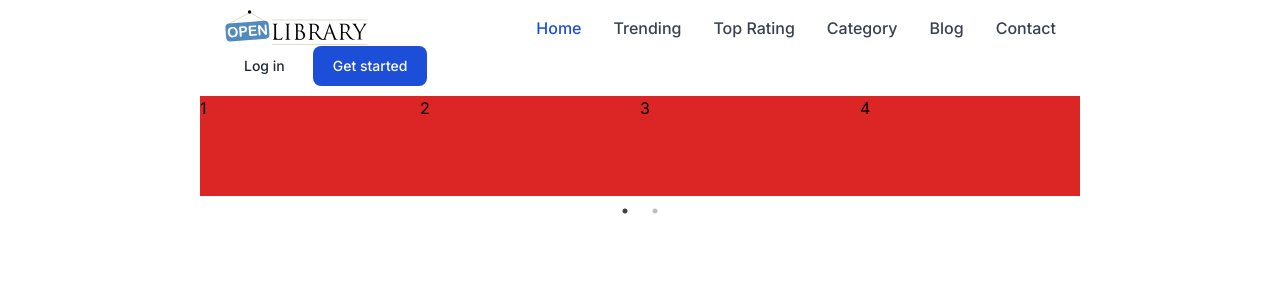
Repository: XuanKhanhHoang/Library-System-Frontend
Page: /
The author's editor kept a copy of each file at every save. The page is drawn from the files as they stood at one save, then again after the next save.
The browser window is 1280 px wide. The pictures show the whole page.
The project was rebuilt for these pictures with package versions that can differ from the ones it lists, and the page was loaded fresh each time. The framework's server and built-in components were replaced by stand-ins that run in the browser. Also part of the build but not shown: next.config.mjs.

Above is the page before, as saved 2024-09-22 00:48:40.

### src/app/layout.tsx
import type { Metadata } from "next";
import { Inter } from "next/font/google";
import "./globals.css";
import "slick-carousel/slick/slick.css";
import "slick-carousel/slick/slick-theme.css";

const inter = Inter({ subsets: ["latin"] });

export const metadata: Metadata = {
  title: "Create Next App",
  description: "Generated by create next app",
};

export default function RootLayout({
  children,
}: Readonly<{
  children: React.ReactNode;
}>) {
  return (
    <html lang="en">
      <body className={inter.className}>
        <div className="mx-[200px]">
          <header>
            <nav className="bg-white border-gray-200 px-4 lg:px-6 py-2.5 dark:bg-gray-800">
              <div className="flex flex-wrap items-center justify-between max-w-screen-xl mx-auto">
                <img
                  src="./openlibrary-logo-tighter.svg"
                  className="h-6 mr-3 sm:h-9"
                  alt="Flowbite Logo"
                />
                <div className="flex items-center lg:order-2">
                  <a
                    href="#"
                    className="text-gray-800 dark:text-white hover:bg-gray-50 focus:ring-4 focus:ring-gray-300 font-medium rounded-lg text-sm px-4 lg:px-5 py-2 lg:py-2.5 mr-2 dark:hover:bg-gray-700 focus:outline-none dark:focus:ring-gray-800"
                  >
                    Log in
                  </a>
                  <a
                    href="#"
                    className="text-white bg-primary-700 hover:bg-primary-800 focus:ring-4 focus:ring-primary-300 font-medium rounded-lg text-sm px-4 lg:px-5 py-2 lg:py-2.5 mr-2 dark:bg-primary-600 dark:hover:bg-primary-700 focus:outline-none dark:focus:ring-primary-800"
                  >
                    Get started
                  </a>
                  <button
                    data-collapse-toggle="mobile-menu-2"
                    type="button"
                    className="inline-flex items-center p-2 ml-1 text-sm text-gray-500 rounded-lg lg:hidden hover:bg-gray-100 focus:outline-none focus:ring-2 focus:ring-gray-200 dark:text-gray-400 dark:hover:bg-gray-700 dark:focus:ring-gray-600"
                    aria-controls="mobile-menu-2"
                    aria-expanded="false"
                  >
                    <span className="sr-only">Open main menu</span>
                    <svg
                      className="w-6 h-6"
                      fill="currentColor"
                      viewBox="0 0 20 20"
                      xmlns="http://www.w3.org/2000/svg"
                    >
                      <path
                        fill-rule="evenodd"
                        d="M3 5a1 1 0 011-1h12a1 1 0 110 2H4a1 1 0 01-1-1zM3 10a1 1 0 011-1h12a1 1 0 110 2H4a1 1 0 01-1-1zM3 15a1 1 0 011-1h12a1 1 0 110 2H4a1 1 0 01-1-1z"
                        clip-rule="evenodd"
                      ></path>
                    </svg>
                    <svg
                      className="hidden w-6 h-6"
                      fill="currentColor"
                      viewBox="0 0 20 20"
                      xmlns="http://www.w3.org/2000/svg"
                    >
                      <path
                        fill-rule="evenodd"
                        d="M4.293 4.293a1 1 0 011.414 0L10 8.586l4.293-4.293a1 1 0 111.414 1.414L11.414 10l4.293 4.293a1 1 0 01-1.414 1.414L10 11.414l-4.293 4.293a1 1 0 01-1.414-1.414L8.586 10 4.293 5.707a1 1 0 010-1.414z"
                        clip-rule="evenodd"
                      ></path>
                    </svg>
                  </button>
                </div>
                <div
                  className="items-center justify-between hidden w-full lg:flex lg:w-auto lg:order-1"
                  id="mobile-menu-2"
                >
                  <ul className="flex flex-col mt-4 font-medium lg:flex-row lg:space-x-8 lg:mt-0">
                    <li>
                      <a
                        href="#"
                        className="block py-2 pl-3 pr-4 text-white rounded bg-primary-700 lg:bg-transparent lg:text-primary-700 lg:p-0 dark:text-white"
                        aria-current="page"
                      >
                        Home
                      </a>
                    </li>
                    <li>
                      <a
                        href="#"
                        className="block py-2 pl-3 pr-4 text-gray-700 border-b border-gray-100 hover:bg-gray-50 lg:hover:bg-transparent lg:border-0 lg:hover:text-primary-700 lg:p-0 dark:text-gray-400 lg:dark:hover:text-white dark:hover:bg-gray-700 dark:hover:text-white lg:dark:hover:bg-transparent dark:border-gray-700"
                      >
                        Trending
                      </a>
                    </li>
                    <li>
                      <a
                        href="#"
                        className="block py-2 pl-3 pr-4 text-gray-700 border-b border-gray-100 hover:bg-gray-50 lg:hover:bg-transparent lg:border-0 lg:hover:text-primary-700 lg:p-0 dark:text-gray-400 lg:dark:hover:text-white dark:hover:bg-gray-700 dark:hover:text-white lg:dark:hover:bg-transparent dark:border-gray-700"
                      >
                        Top Rating
                      </a>
                    </li>
                    <li>
                      <a
                        href="#"
                        className="block py-2 pl-3 pr-4 text-gray-700 border-b border-gray-100 hover:bg-gray-50 lg:hover:bg-transparent lg:border-0 lg:hover:text-primary-700 lg:p-0 dark:text-gray-400 lg:dark:hover:text-white dark:hover:bg-gray-700 dark:hover:text-white lg:dark:hover:bg-transparent dark:border-gray-700"
                      >
                        Category
                      </a>
                    </li>
                    <li>
                      <a
                        href="#"
                        className="block py-2 pl-3 pr-4 text-gray-700 border-b border-gray-100 hover:bg-gray-50 lg:hover:bg-transparent lg:border-0 lg:hover:text-primary-700 lg:p-0 dark:text-gray-400 lg:dark:hover:text-white dark:hover:bg-gray-700 dark:hover:text-white lg:dark:hover:bg-transparent dark:border-gray-700"
                      >
                        Blog
                      </a>
                    </li>
                    <li>
                      <a
                        href="#"
                        className="block py-2 pl-3 pr-4 text-gray-700 border-b border-gray-100 hover:bg-gray-50 lg:hover:bg-transparent lg:border-0 lg:hover:text-primary-700 lg:p-0 dark:text-gray-400 lg:dark:hover:text-white dark:hover:bg-gray-700 dark:hover:text-white lg:dark:hover:bg-transparent dark:border-gray-700"
                      >
                        Contact
                      </a>
                    </li>
                  </ul>
                </div>
              </div>
            </nav>
          </header>
          {children}
        </div>
      </body>
    </html>
  );
}

### src/app/page.tsx
"use client";
import React, { useRef, useState } from "react";
import Slider from "react-slick";
import "slick-carousel/slick/slick.css";
import "slick-carousel/slick/slick-theme.css";

export default function Home() {
  var settings = {
    dots: true,
    infinite: false,
    speed: 500,
    slidesToShow: 4,
    slidesToScroll: 4,
    initialSlide: 0,
    responsive: [
      {
        breakpoint: 1024,
        settings: {
          slidesToShow: 3,
          slidesToScroll: 3,
          infinite: true,
          dots: true,
        },
      },
      {
        breakpoint: 600,
        settings: {
          slidesToShow: 2,
          slidesToScroll: 2,
          initialSlide: 2,
        },
      },
      {
        breakpoint: 480,
        settings: {
          slidesToShow: 1,
          slidesToScroll: 1,
        },
      },
    ],
  };
  const object = [1, 2, 3, 4, 5, 6, 7, 8];
  return (
    <div className="slider-container">
      <Slider {...settings}>
        {object.map((i, index) => (
          <div className="w-[100px] h-[100px] bg-red-600" key={index}>
            <h1>{i}</h1>
          </div>
        ))}
      </Slider>
    </div>
  );
}

### src/app/globals.css
@tailwind base;
@tailwind components;
@tailwind utilities;

* {
  box-sizing: border-box;
  padding: 0;
  margin: 0;
}

.swiper {
  width: 100%;
  height: 100%;
}

.swiper-slide {
  text-align: center;
  font-size: 18px;
  background: #fff;

  /* Center slide text vertically */
  display: flex;
  justify-content: center;
  align-items: center;
}

.swiper-slide img {
  display: block;
  width: 100%;
  height: 100%;
  object-fit: cover;
}

### tailwind.config.js
/** @type {import('tailwindcss').Config} */
module.exports = {
  content: ["./src/**/*.{js,ts,jsx,tsx,mdx}"],
  theme: {
    extend: {
      colors: {
        primary: {
          50: "#eff6ff",
          100: "#dbeafe",
          200: "#bfdbfe",
          300: "#93c5fd",
          400: "#60a5fa",
          500: "#3b82f6",
          600: "#2563eb",
          700: "#1d4ed8",
          800: "#1e40af",
          900: "#1e3a8a",
          950: "#172554",
        },
      },
    },
  },
  fontFamily: {
    body: [
      "Inter",
      "ui-sans-serif",
      "system-ui",
      "-apple-system",
      "system-ui",
      "Segoe UI",
      "Roboto",
      "Helvetica Neue",
      "Arial",
      "Noto Sans",
      "sans-serif",
      "Apple Color Emoji",
      "Segoe UI Emoji",
      "Segoe UI Symbol",
      "Noto Color Emoji",
    ],
    sans: [
      "Inter",
      "ui-sans-serif",
      "system-ui",
      "-apple-system",
      "system-ui",
      "Segoe UI",
      "Roboto",
      "Helvetica Neue",
      "Arial",
      "Noto Sans",
      "sans-serif",
      "Apple Color Emoji",
      "Segoe UI Emoji",
      "Segoe UI Symbol",
      "Noto Color Emoji",
    ],
  },
  plugins: [],
};

After the next save:
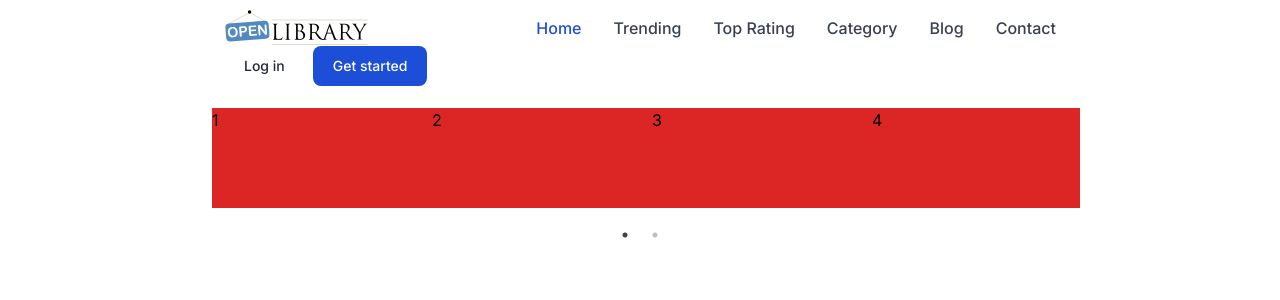
Saved 12 s later.
--- a/src/app/page.tsx
+++ b/src/app/page.tsx
@@ -44,7 +44,7 @@
     <div className="slider-container">
       <Slider {...settings}>
         {object.map((i, index) => (
-          <div className="w-[100px] h-[100px] bg-red-600" key={index}>
+          <div className="w-[100px] h-[100px] bg-red-600 m-3" key={index}>
             <h1>{i}</h1>
           </div>
         ))}
